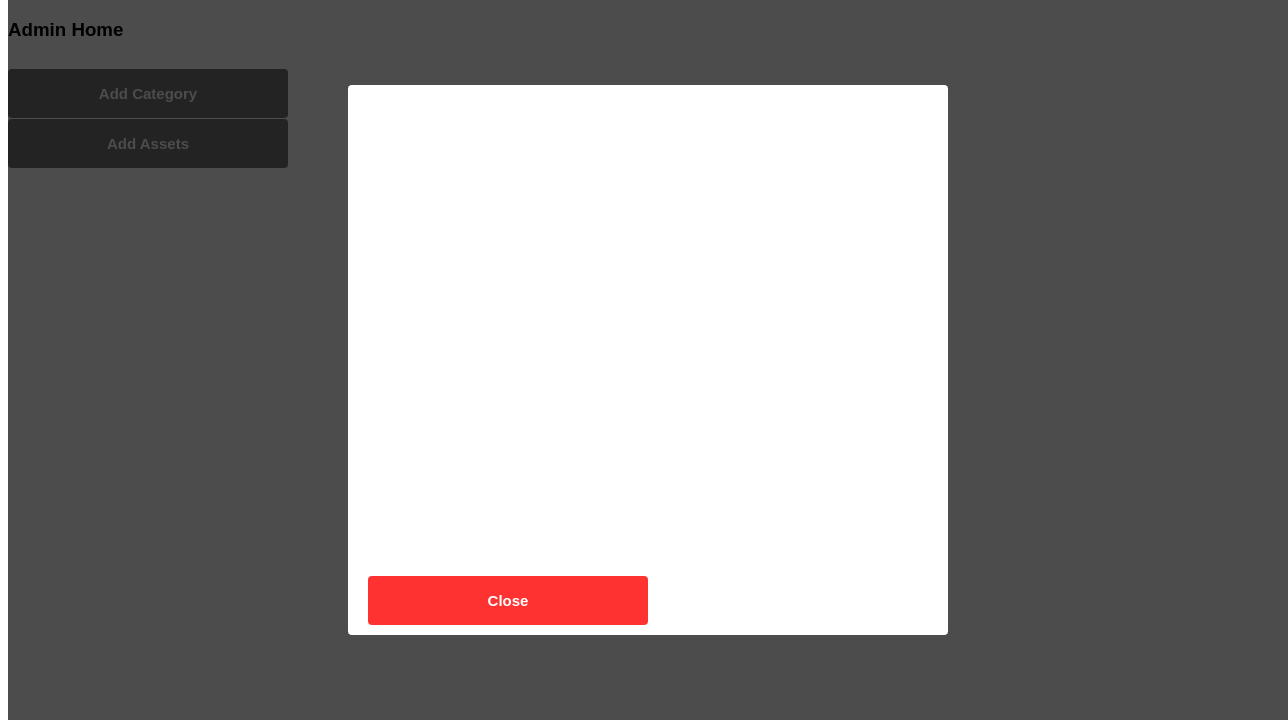
Repository: DhruvKaushal/CodeFury_404Found
Page: http://localhost/e-assets/assetadded.jsp
The author's editor kept a copy of each file at every save. The page is drawn from the files as they stood at one save, then again after the next save.
The browser window is 1280 px wide. The page is 1288 px wide, so the pictures cover 1288 px, including what lies to the right of the window. The pictures show the whole page.
The page is served by Tomcat 9.

Above is the page before, as saved 2020-10-05 10:34:02.

After the next save:
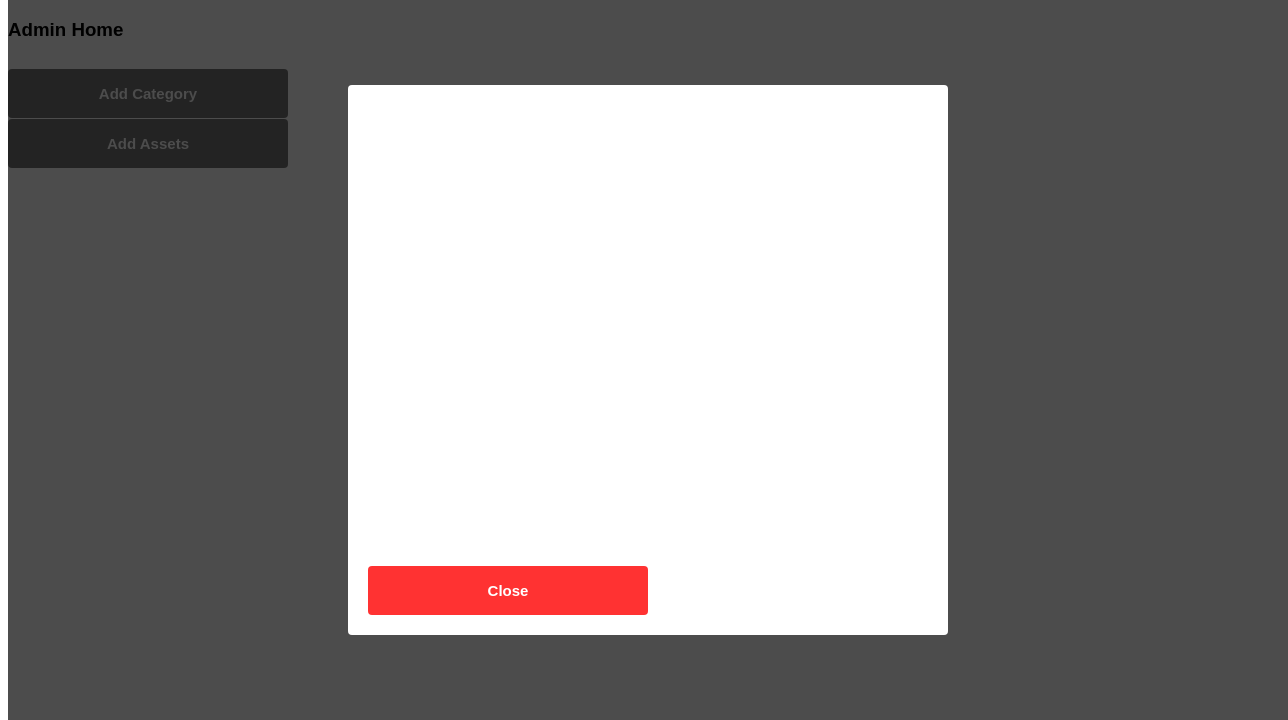
Saved 9 s later.
--- a/Aditya's New/E-Assets-Management/e-assets/WebContent/addassets.css
+++ b/Aditya's New/E-Assets-Management/e-assets/WebContent/addassets.css
@@ -44,7 +44,7 @@ body {font-family: Arial, Helvetica, sans-serif;}
   opacity: 0.8;
   width: 280px;
   position: absolute;
-  bottom: 10px;
+  bottom: 20px;
 
 
   font-weight: bold;
